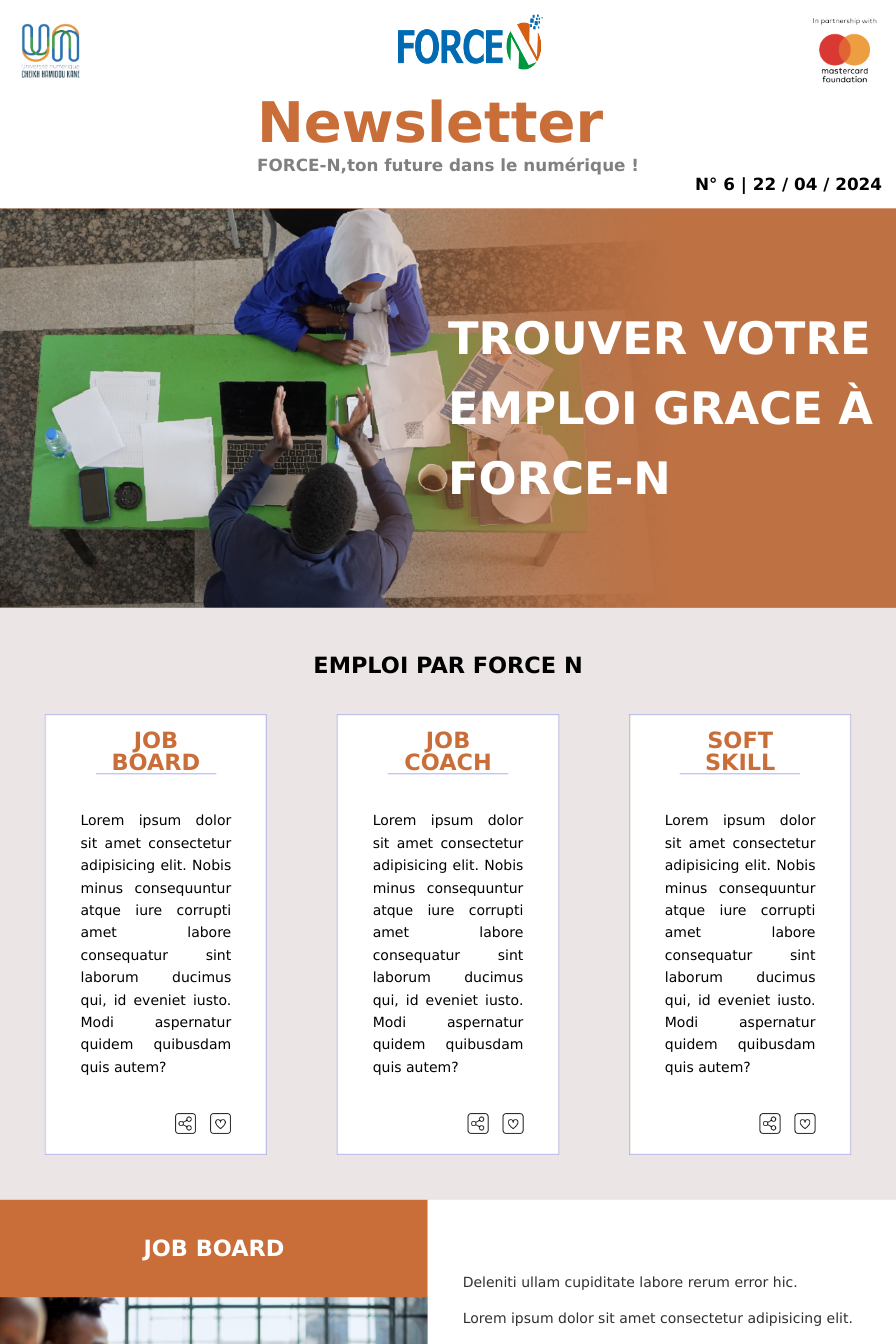
Repository: Ken-dia/newsletters_force_n
Page: index.html
An editor plug-in stored every save of this project. The page is shown before and after the next save, followed by the edit.
The browser window is 1280 px wide. The pictures show the part of the page from y = 0 to 1920 px (the page is 8747 px tall), at 70% of full size.
Backgrounds fixed to the window are drawn as part of the page.

Above is the page before, as saved 2024-04-24 12:06:40.

After the next save:
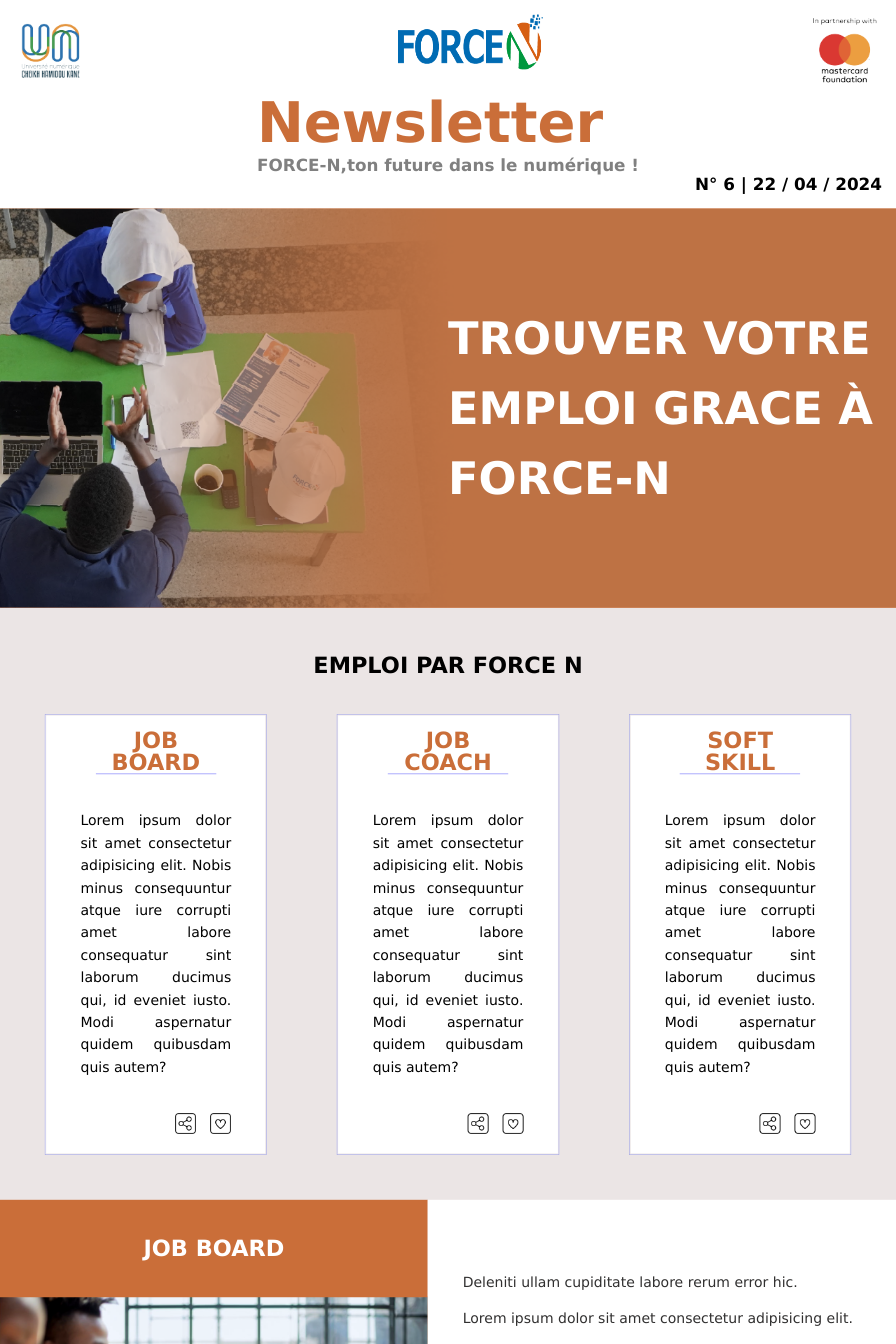
Saved 32 s later.
--- a/styles.css
+++ b/styles.css
@@ -39,7 +39,7 @@
     justify-content: end;
     align-items: center;
     background-attachment: fixed;
-    background-position: end;
+    background-position: center;
     background-size: cover;
     height: 570px;
     width: 100%;
